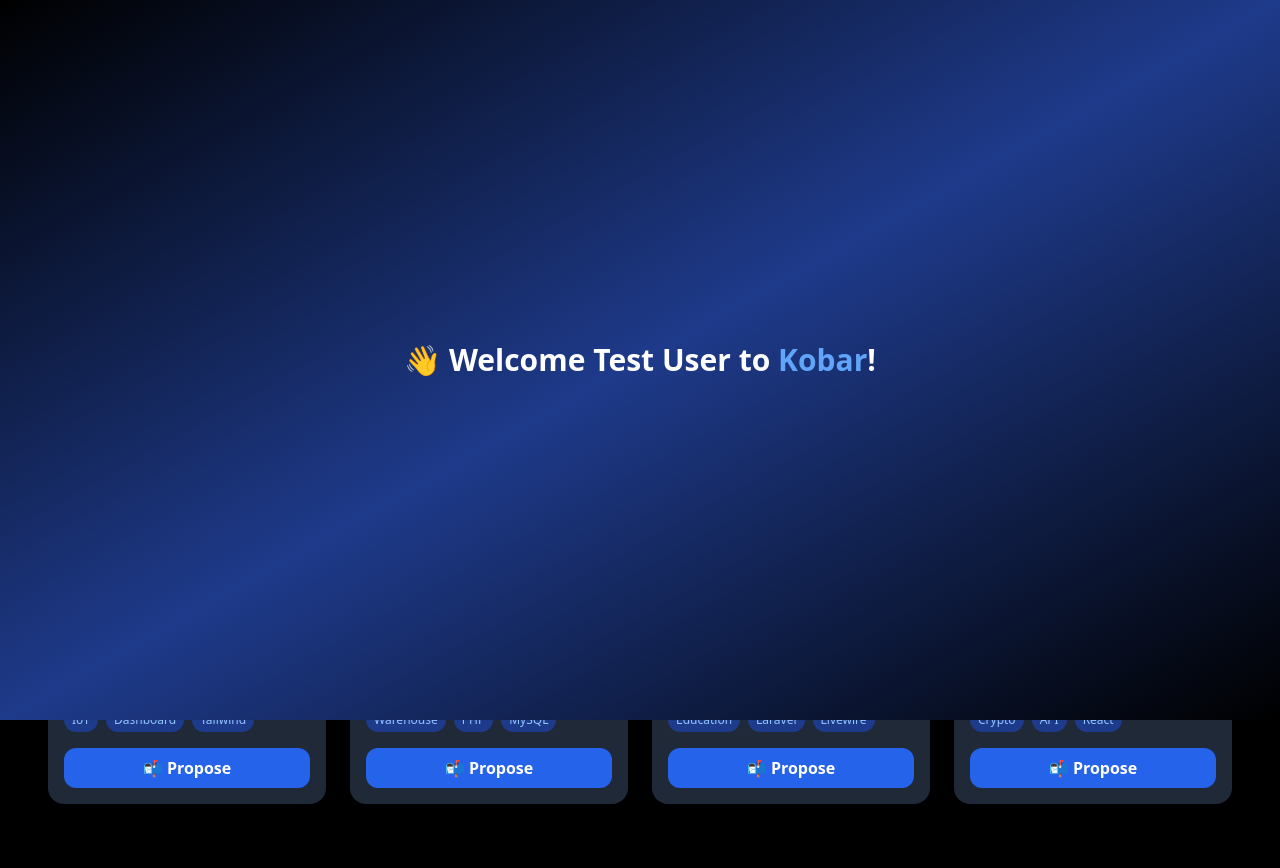
Repository: daffa-alif/kobar
Page: http://localhost/dashboard
These files come from the project's save history. The page is drawn as it stood at one moment and after the next save; the edit follows.
The browser window is 1280 px wide. The pictures show the whole page.
Pictures or frames that could not be fetched are drawn as grey boxes. Some web libraries are served in a nearby version. The page is served by the project's Laravel application, run on PHP 8.4 with Laravel 12. A made-up administrator, Test User (test@example.com), is signed in. Other server files are loaded and not shown.

Above is the page before, as saved 2025-04-05 00:45:39.

### routes/web.php
<?php

use Illuminate\Support\Facades\Route;
use App\Http\Controllers\AuthController;


Route::get('/register', [AuthController::class, 'showRegisterForm'])->name('register');
Route::post('/register', [AuthController::class, 'register']);

Route::get('/login', [AuthController::class, 'showLoginForm'])->name('login');
Route::post('/login', [AuthController::class, 'login']);

Route::middleware('auth')->group(function () {
    Route::get('/dashboard', function () {
        return view('dashboard');
    })->name('dashboard');

    Route::post('/logout', [AuthController::class, 'logout'])->name('logout');
});

Route::get('/logout', [AuthController::class, 'logout'])->name('logout');

Route::get('/', function () {
    return view('welcome');
});

### app/Models/User.php
<?php

namespace App\Models;

use Illuminate\Database\Eloquent\Factories\HasFactory;
use Illuminate\Foundation\Auth\User as Authenticatable;
use Illuminate\Notifications\Notifiable;
use Illuminate\Database\Eloquent\Concerns\HasUuids;
use Illuminate\Support\Str;

class User extends Authenticatable
{
    use HasFactory, Notifiable, HasUuids;

    protected $keyType = 'string'; // Pastikan primary key adalah string
    public $incrementing = false; // Nonaktifkan auto-increment ID

    protected $fillable = [
        'name', 'profile_picture', 'email', 'password',
    ];

    protected $hidden = [
        'password', 'remember_token',
    ];

    protected $casts = [
        'email_verified_at' => 'datetime',
    ];

    // ✅ Tambahkan boot method untuk UUID
    protected static function boot()
    {
        parent::boot();

        static::creating(function ($model) {
            if (empty($model->{$model->getKeyName()})) {
                $model->{$model->getKeyName()} = (string) Str::uuid();
            }
        });
    }
}

### resources/views/dashboard.blade.php
@extends('layouts.app')

@section('content')
<div id="intro-welcome" class="fixed inset-0 bg-gradient-to-br from-black via-blue-900 to-black flex items-center justify-center z-50 text-white text-center text-3xl font-bold animate-fade-in">
    <p>👋 Welcome {{ Auth::user()->name }} to <span class="text-blue-400">Kobar</span>!</p>
</div>

<div class="max-w-7xl mx-auto px-4 py-10">
    <div class="mb-10">
        <h1 class="text-3xl font-bold text-white">🧩 Explore Posted Projects</h1>
        <p class="text-gray-400 text-sm mt-2">Discover amazing ideas shared by others in the community.</p>
    </div>

    <div class="mb-10">
        <div class="bg-gray-900 rounded-xl p-6 shadow-lg">
            <h2 class="text-2xl font-semibold text-blue-400">Welcome to Kobar</h2>
            <p class="text-gray-300 mt-2">Here you can post your project, explore others, and propose to collaborate. Your journey starts now, {{ Auth::user()->name }}!</p>
        </div>
    </div>

    @php
        $projects = [
            [
                'title' => 'Smart Hopo Dashboard',
                'description' => 'Control panel UI for managing smart devices.',
                'posted_by' => 'Daffa Aliefiandy',
                'posted_at' => '2025-04-01 14:32',
                'avatar' => 'https://i.pravatar.cc/100?img=3',
                'tags' => ['IoT', 'Dashboard', 'Tailwind'],
                'price' => 1500000
            ],
            [
                'title' => 'Inventory Management',
                'description' => 'Track and audit warehouse inventory.',
                'posted_by' => 'Putri Ayu',
                'posted_at' => '2025-04-02 09:12',
                'avatar' => 'https://i.pravatar.cc/100?img=5',
                'tags' => ['Warehouse', 'PHP', 'MySQL'],
                'price' => 2500000
            ],
            [
                'title' => 'E-learning Platform',
                'description' => 'Online learning system with quizzes.',
                'posted_by' => 'Rizky Saputra',
                'posted_at' => '2025-04-03 18:05',
                'avatar' => 'https://i.pravatar.cc/100?img=7',
                'tags' => ['Education', 'Laravel', 'Livewire'],
                'price' => 1800000
            ],
            [
                'title' => 'Crypto Tracker',
                'description' => 'Track crypto investments live.',
                'posted_by' => 'Lina Mardiana',
                'posted_at' => '2025-04-04 10:22',
                'avatar' => 'https://i.pravatar.cc/100?img=12',
                'tags' => ['Crypto', 'API', 'React'],
                'price' => 3200000
            ],
        ];
    @endphp

    <div class="grid grid-cols-2 sm:grid-cols-2 lg:grid-cols-3 xl:grid-cols-4 gap-6">
        @foreach ($projects as $project)
            <div class="bg-gray-800 rounded-2xl shadow hover:shadow-xl transition duration-300 flex flex-col">
                <img src="https://via.placeholder.com/400x200?text=Project+Image"
                     alt="Project Image"
                     class="rounded-t-2xl w-full h-40 object-cover">

                <div class="p-4 flex flex-col flex-1">
                    <div class="flex items-center gap-3 mb-3">
                        <img src="{{ $project['avatar'] }}" alt="Avatar"
                             class="w-9 h-9 rounded-full border-2 border-blue-500">
                        <div>
                            <p class="text-sm text-white font-semibold">{{ $project['posted_by'] }}</p>
                            <p class="text-xs text-gray-400">{{ \Carbon\Carbon::parse($project['posted_at'])->diffForHumans() }}</p>
                        </div>
                    </div>

                    <div class="flex justify-between items-center mb-2">
                        <h2 class="text-md font-bold text-white truncate">{{ $project['title'] }}</h2>
                        <span class="text-sm text-green-400 font-semibold bg-green-900 px-2 py-1 rounded-xl">
                            Rp {{ number_format($project['price'], 0, ',', '.') }}
                        </span>
                    </div>

                    <p class="text-sm text-gray-400 mb-2 line-clamp-2">{{ $project['description'] }}</p>

                    <div class="flex flex-wrap gap-2 mt-auto">
                        @foreach ($project['tags'] as $tag)
                            <span class="text-xs bg-blue-900 text-blue-300 px-2 py-1 rounded-full font-medium">{{ $tag }}</span>
                        @endforeach
                    </div>

                    <div class="mt-4">
                        <button class="w-full bg-blue-600 hover:bg-blue-700 text-white font-semibold py-2 px-4 rounded-xl transition duration-300">
                            📬 Propose
                        </button>
                    </div>
                </div>
            </div>
        @endforeach
    </div>
</div>

<!-- Smooth fade-in & auto-hide intro -->
<script>
    window.addEventListener('DOMContentLoaded', () => {
        const intro = document.getElementById('intro-welcome');
        setTimeout(() => {
            intro.classList.add('opacity-0', 'pointer-events-none');
            setTimeout(() => intro.remove(), 1000); // Remove from DOM after fade
        }, 6000);
    });
</script>

<!-- Add fade-in animation (custom) -->
<style>
    @keyframes fadeIn {
        from { opacity: 0; transform: scale(0.98); }
        to { opacity: 1; transform: scale(1); }
    }

    .animate-fade-in {
        animation: fadeIn 1s ease-out forwards;
    }
</style>
@endsection

### resources/views/layouts/app.blade.php
<!DOCTYPE html>
<html lang="en">
<head>
    <meta charset="UTF-8">
    <title>@yield('title', 'My App')</title>
    <meta name="viewport" content="width=device-width, initial-scale=1">

    <!-- Tailwind CSS CDN -->
    <script src="https://cdn.tailwindcss.com"></script>
</head>
<body class="bg-black text-white">
    <!-- Sticky Navbar -->
    <header class="bg-gray-900 shadow sticky top-0 z-50">
        <nav class="max-w-7xl mx-auto px-4 sm:px-6 lg:px-8 py-4 flex justify-between items-center">
            <!-- Left: Logo -->
            <div class="flex items-center gap-4">
                <a href="/" class="text-xl font-bold text-blue-400">🚀 MyProjects</a>
            </div>

            <!-- Desktop Menu -->
            <div class="hidden md:flex items-center gap-6">
                <a href="#" class="text-gray-500 cursor-not-allowed">Current Project</a>
                <a href="/projects/create" class="text-sm font-medium hover:text-blue-400">Post a Project</a>
                <a href="/notifications" class="text-sm font-medium hover:text-blue-400">Notifications</a>
                <a href="/profile" class="text-sm font-medium hover:text-blue-400">
                    {{ Auth::user()->name }}
                </a>

                <form method="POST" action="{{ route('logout') }}">
                    @csrf
                    <button type="submit" class="bg-red-600 hover:bg-red-700 text-white px-3 py-1 rounded text-sm font-medium">
                        Logout
                    </button>
                </form>
            </div>

            <!-- Mobile Toggle Button -->
            <div class="md:hidden">
                <button id="mobile-menu-toggle" class="text-white hover:text-blue-400 focus:outline-none">
                    ☰
                </button>
            </div>
        </nav>

        <!-- Mobile Dropdown -->
        <div id="mobile-menu" class="md:hidden max-h-0 overflow-hidden transition-all duration-700 ease-in-out bg-gray-800 px-4" style="will-change: max-height;">
            <div class="pt-2 pb-4">
                <a href="#" class="block text-gray-500 py-1 cursor-not-allowed">Current Project</a>
                <a href="/projects/create" class="block text-sm font-medium hover:text-blue-400 py-1">Post a Project</a>
                <a href="/notifications" class="block text-sm font-medium hover:text-blue-400 py-1">Notifications</a>
                <a href="/profile" class="block text-sm font-medium hover:text-blue-400 py-1">
                    {{ Auth::user()->name }}
                </a>
                <form method="POST" action="{{ route('logout') }}" class="pt-2">
                    @csrf
                    <button type="submit" class="w-full text-left text-sm text-white bg-red-600 hover:bg-red-700 px-3 py-2 rounded">
                        Logout
                    </button>
                </form>
            </div>
        </div>

    </header>

    <!-- Main Content -->
    <main class="min-h-screen py-6 px-4 sm:px-6 lg:px-8">
        @yield('content')
    </main>

    <!-- JS for Mobile Toggle -->
    <script>
        const toggleBtn = document.getElementById('mobile-menu-toggle');
        const mobileMenu = document.getElementById('mobile-menu');

        let isOpen = false;

        toggleBtn.addEventListener('click', () => {
            if (!isOpen) {
                mobileMenu.classList.remove('max-h-0');
                mobileMenu.classList.add('max-h-[500px]');
                isOpen = true;
            } else {
                mobileMenu.classList.remove('max-h-[500px]');
                mobileMenu.classList.add('max-h-0');
                isOpen = false;
            }
        });
    </script>

    @if(session('show_welcome'))
    <div class="bg-blue-100 border-l-4 border-blue-500 text-blue-700 p-4 mb-6" role="alert">
        <p class="font-bold">Hello {{ session('welcome_name') }}, welcome to Kobar!</p>
        <p>We're glad to have you here. Get started by exploring projects or posting your own.</p>
    </div>
@endif
</body>
</html>

After the next save:
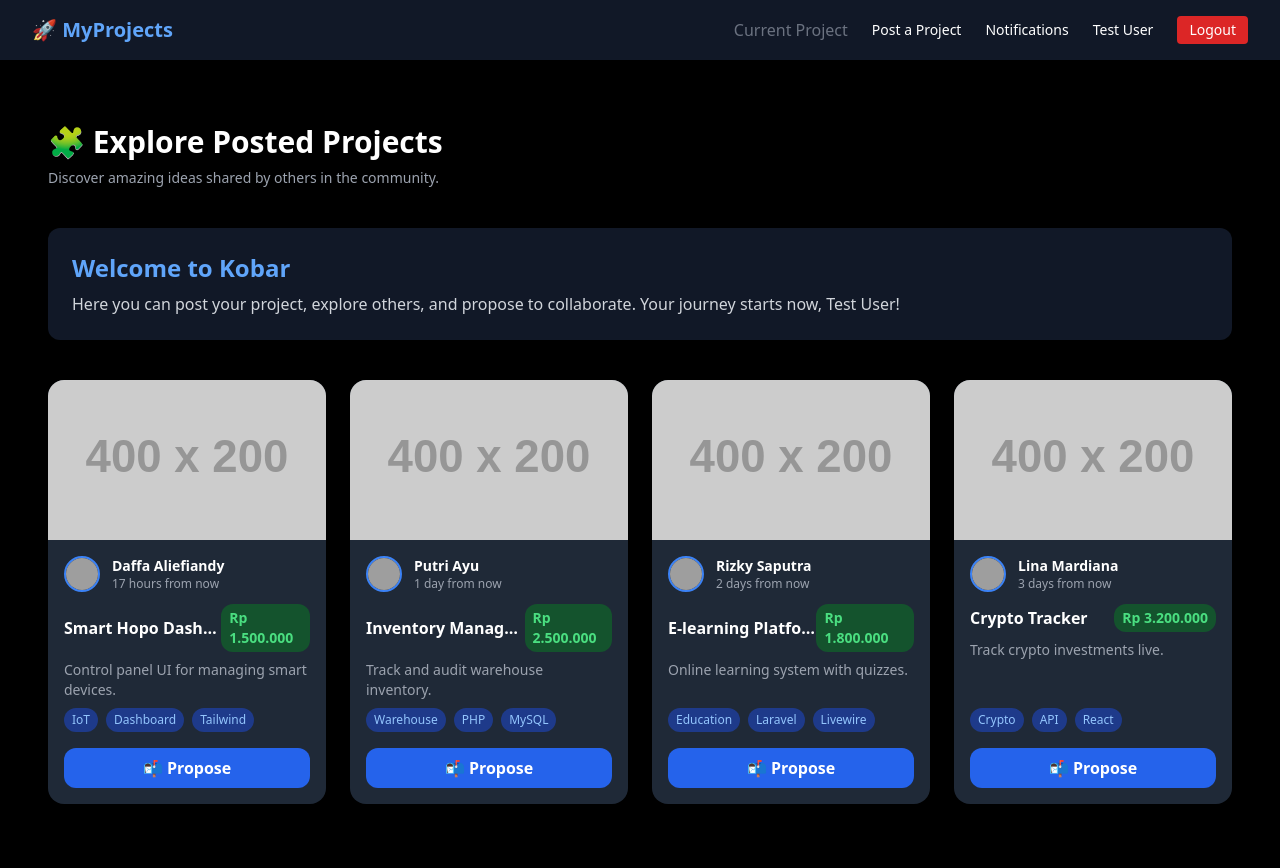
Saved 47 s later.
--- a/resources/views/dashboard.blade.php
+++ b/resources/views/dashboard.blade.php
@@ -1,9 +1,7 @@
 @extends('layouts.app')
 
 @section('content')
-<div id="intro-welcome" class="fixed inset-0 bg-gradient-to-br from-black via-blue-900 to-black flex items-center justify-center z-50 text-white text-center text-3xl font-bold animate-fade-in">
-    <p>👋 Welcome {{ Auth::user()->name }} to <span class="text-blue-400">Kobar</span>!</p>
-</div>
+
 
 <div class="max-w-7xl mx-auto px-4 py-10">
     <div class="mb-10">

After the 3 saves that followed:
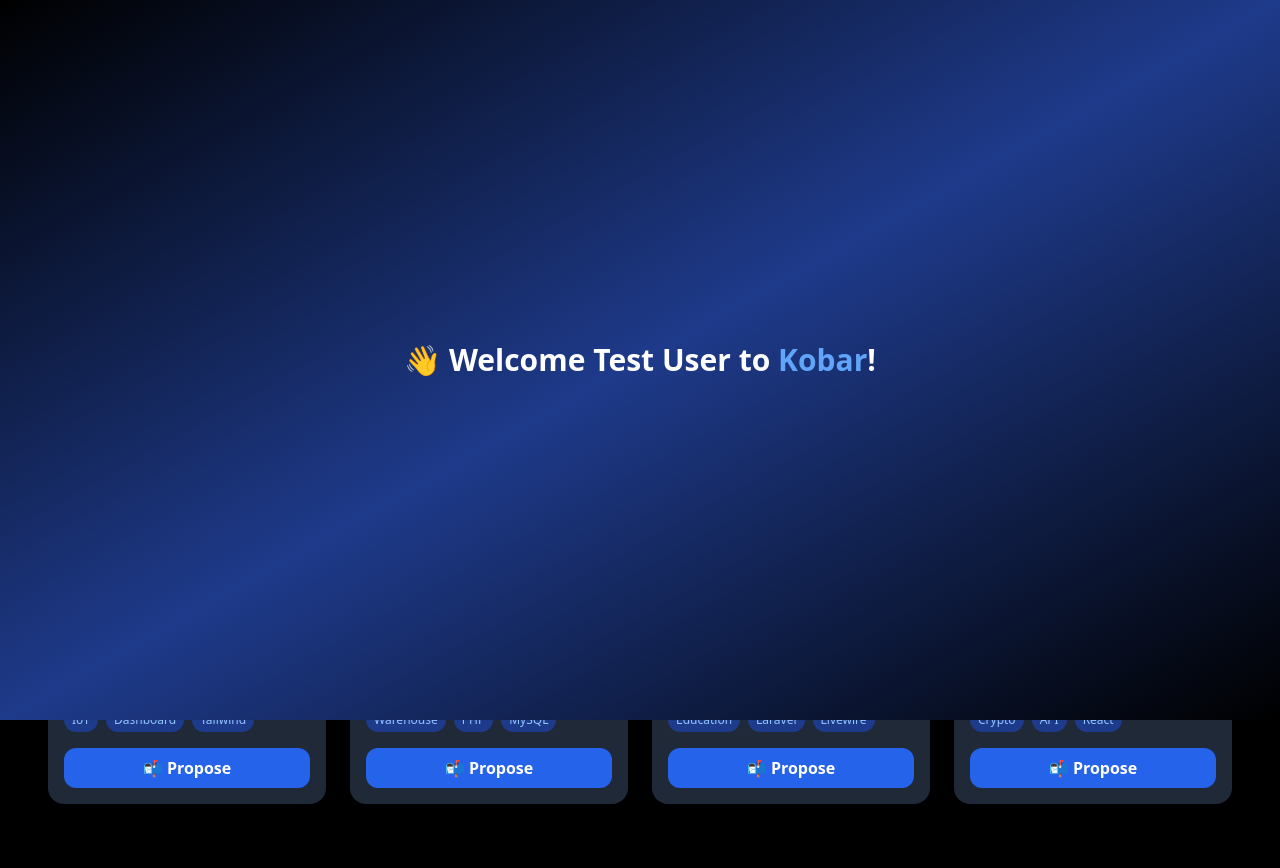
The 3 saves are shown as one change because 2 left the picture as it was.
The last was saved 32 s later.
--- a/resources/views/dashboard.blade.php
+++ b/resources/views/dashboard.blade.php
@@ -100,26 +100,7 @@
     </div>
 </div>
 
-<!-- Smooth fade-in & auto-hide intro -->
-<script>
-    window.addEventListener('DOMContentLoaded', () => {
-        const intro = document.getElementById('intro-welcome');
-        setTimeout(() => {
-            intro.classList.add('opacity-0', 'pointer-events-none');
-            setTimeout(() => intro.remove(), 1000); // Remove from DOM after fade
-        }, 6000);
-    });
-</script>
 
-<!-- Add fade-in animation (custom) -->
-<style>
-    @keyframes fadeIn {
-        from { opacity: 0; transform: scale(0.98); }
-        to { opacity: 1; transform: scale(1); }
-    }
 
-    .animate-fade-in {
-        animation: fadeIn 1s ease-out forwards;
-    }
-</style>
+
 @endsection
--- a/resources/views/layouts/app.blade.php
+++ b/resources/views/layouts/app.blade.php
@@ -87,11 +87,32 @@
         });
     </script>
 
-    @if(session('show_welcome'))
-    <div class="bg-blue-100 border-l-4 border-blue-500 text-blue-700 p-4 mb-6" role="alert">
-        <p class="font-bold">Hello {{ session('welcome_name') }}, welcome to Kobar!</p>
-        <p>We're glad to have you here. Get started by exploring projects or posting your own.</p>
+    @if(Auth::check())
+    <div id="intro-welcome" class="fixed inset-0 bg-gradient-to-br from-black via-blue-900 to-black flex items-center justify-center z-50 text-white text-center text-3xl font-bold animate-fade-in">
+        <p>👋 Welcome {{ Auth::user()->name }} to <span class="text-blue-400">Kobar</span>!</p>
     </div>
+
+    <script>
+        window.addEventListener('DOMContentLoaded', () => {
+            const intro = document.getElementById('intro-welcome');
+            setTimeout(() => {
+                intro.classList.add('opacity-0', 'pointer-events-none');
+                setTimeout(() => intro.remove(), 1000);
+            }, 6000);
+        });
+    </script>
+
+    <style>
+        @keyframes fadeIn {
+            from { opacity: 0; transform: scale(0.98); }
+            to { opacity: 1; transform: scale(1); }
+        }
+
+        .animate-fade-in {
+            animation: fadeIn 1s ease-out forwards;
+        }
+    </style>
 @endif
+
 </body>
 </html>
